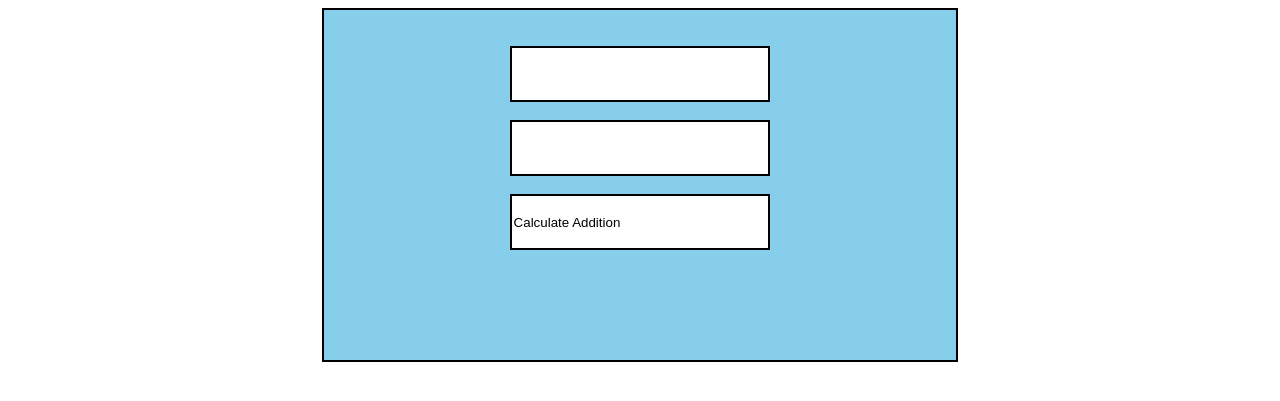
Repository: KiranNaikwadi/JSP
Page: http://localhost/Program/Add.jsp
These files come from the project's save history. The page is drawn as it stood at one moment and after the next save; the edit follows.
The browser window is 1280 px wide. The pictures show the whole page.
The page is served by Tomcat 9.

Above is the page before, as saved 2024-04-06 04:51:23.

### Program/src/main/webapp/Add.jsp
<%@ page language="java" contentType="text/html; charset=UTF-8"
    pageEncoding="UTF-8"%>
<!DOCTYPE html>
<html>
<head>
<meta charset="UTF-8">
<title>Insert title here</title>
<style>
input{
height:50px;
width:40%;
border: 2px solid black;
}
form{
border:2px solid black;
height:350px;
width:50%;
background-color: skyblue;
}
</style>
</head>
<body>
<%!
int a,b,c;
%>
<center>
<form name='frm' action='' method='get'><br><br>
<input type='text' name='first' value=''><br><br>
<input type='text' name='second' value=''><br><br>
<input type='text' name='s' value='Calculate Addition'>
</center>
</form>
<%
String btn=request.getParameter("s");
if(btn!=null){
	a=Integer.parseInt(request.getParameter("first"));
	b=Integer.parseInt(request.getParameter("second"));
	c=a+b;
	out.println("<h1>Addition is +c </h1>");

}
%>
</body>
</html>

After the next save:
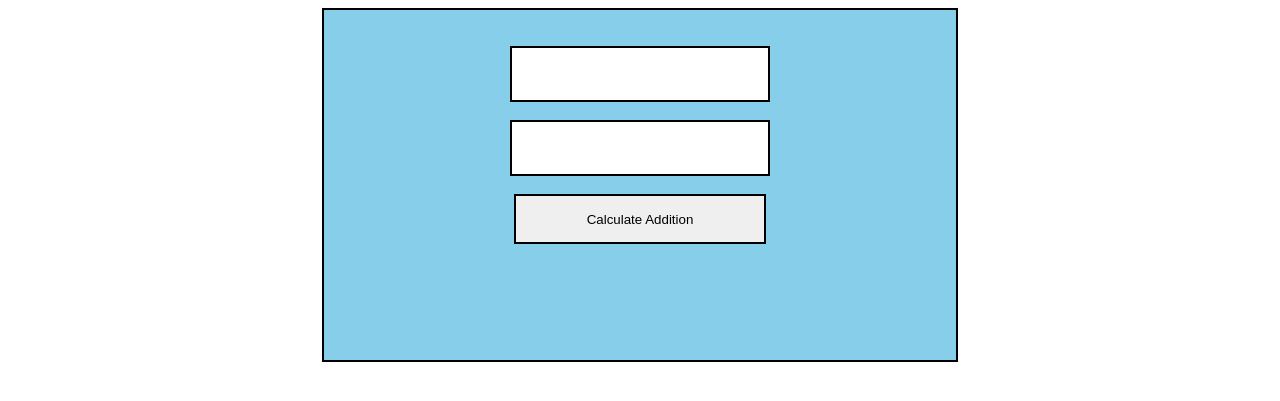
Saved 82 s later.
--- a/Program/src/main/webapp/Add.jsp
+++ b/Program/src/main/webapp/Add.jsp
@@ -27,7 +27,7 @@ int a,b,c;
 <form name='frm' action='' method='get'><br><br>
 <input type='text' name='first' value=''><br><br>
 <input type='text' name='second' value=''><br><br>
-<input type='text' name='s' value='Calculate Addition'>
+<input type='submit' name='s' value='Calculate Addition'>
 </center>
 </form>
 <%
